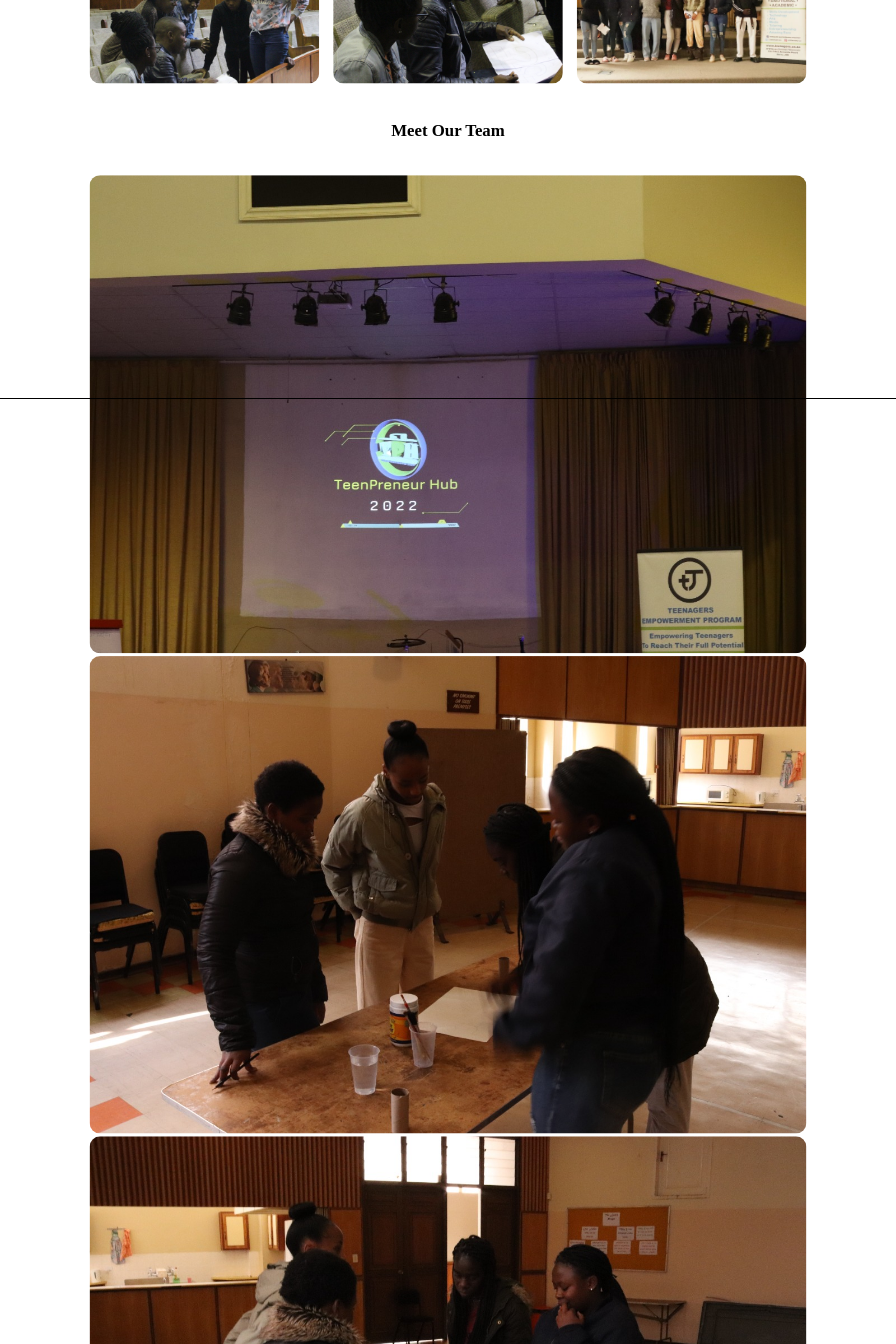
Repository: chadrackkyungu/4-BCT-TPH-Website
Page: index.html
The author's editor kept a copy of each file at every save. The page is drawn from the files as they stood at one save, then again after the next save.
The browser window is 1280 px wide. The pictures show the part of the page from y = 2336 to 4256 px (the page is 5201 px tall before and 3364 px after), at 70% of full size.

Above is the page before, as saved 2022-10-21 09:37:05.

### index.html
<!DOCTYPE html>
<html lang="en">

<head>
    <meta charset="UTF-8">
    <meta http-equiv="X-UA-Compatible" content="IE=edge">
    <meta name="viewport" content="width=device-width, initial-scale=1.0">
    <title> TPH LAB </title>
    <link rel="stylesheet" href="/src/css/style.css">
</head>

<body>

    <div class="navigation">
        <div class="logocontainer">
            <img class="image1" src="./src/images/logo.png" alt="">
        </div>

        <ul class="nav-link">
            <a href="#about">
                <li>About</li>
            </a>
            <a href="#product">
                <li>Our Product</li>
            </a>
            <a href="#contact">
                <li>Contact Us</li>
            </a>
        </ul>
    </div>

    <div class="section1">
        <h2 class="title"> TEEN PRENEUR HUB 2022</h2>

        <div class="image-container">
            <img src="./src/images/img-2.jpeg" alt="">
        </div>
    </div>

    <div class="section1">
        <a id="about">
            <h2 class="title"> About Us</h2>
        </a>

        <div class="aboutcontainer">
            <div class="image-container">
                <img src="./src/images/img-4.jpeg" alt="">
            </div>


            <div class="contentcontainer">
                <h2>The Teenpreneur Hub</h2>

                <p>The Teenpreneur Hub is a teenage-based organisation with students that are built by the future. We aim to impact lives while making money. We do this through skills based learning in the disciplines of Technology, where we learn to create
                    websites such as this one that was created by the students of the Technology Hub, Media where we learn about photography and produce quality photos such as the ones posted on this webpage as well as Arts where we learn to do Graphic
                    Designing of Business Logos such as our Teenpreneur Hub logo.</p>

                <h2>Q-Leds</h2>

                <p>Q-Leds is a teenage-based business that was started by the students of the TeenPreneur Hub as part of their Entrepreneurial learning. Q-Leds is a project that was started to solve the problem of load shedding that is currently plaguing
                    the country. Q-Leds is a light system that helps young people overcome the current load shedding problem by giving them a source of light to study at night. It also features a charging port and speakers as well as a holographic feature
                    which is our unique selling feature of the Q-Leds lighting system. It is built by the youth for the youth.
                </p>

            </div>

        </div>
    </div>

    <div class="section1">
        <a id="product">
            <h2 class="title">Our Product</h2>
        </a>


        <div class="productcontainer">
            <div class="prductimagecontainer">
                <img src="./src/images/img-4.jpeg" alt="">
            </div>
            <div class="prductimagecontainer">
                <img src="./src/images/img-5.jpeg" alt="">
            </div>
            <div class="prductimagecontainer">
                <img src="./src/images/img-6.jpeg" alt="">
            </div>
            <div class="prductimagecontainer">
                <img src="./src/images/img-7.jpeg" alt="">
            </div>
            <div class="prductimagecontainer">
                <img src="./src/images/img-8.jpeg" alt="">
            </div>
            <div class="prductimagecontainer">
                <img src="./src/images/img-9.jpeg" alt="">
            </div>

        </div>
    </div>


    <div class="section1">
        <a id="product">
            <h2 class="title">Meet Our Team</h2>
        </a>

        <div class="teamcontainer">
            <div class="prductimagecontainer">
                <img src="./src/images/img-4.jpeg" alt="">
            </div>
            <div class="prductimagecontainer">
                <img src="./src/images/img-5.jpeg" alt="">
            </div>
            <div class="prductimagecontainer">
                <img src="./src/images/img-6.jpeg" alt="">
            </div>
        </div>
    </div>

    <div class="section1">
        <a id="contact">
            <h2 class="title"> Contact Us</h2>
        </a>

        <div class="contactcontainer">
            <div class="contactcontent">
                <P>Address: 52 Fife Avenue, Berea, Johannesburg, 2198</P>
                <p>Contact us on: 063 397 3539</p>
                <p>Email us on: mashudu@teenagers.org.za</p>
                <p><a href="https://teenagers.org.za/" target=" "> Website: www.teenagers.org.za </a></p>
                <p>Facebook: Teenagers Empowerment Program</p>
                <p>Instagram: @teenagersza</p>
            </div>
        </div>
    </div>

    <div class="navigation">
        <ul class="nav-link">
            <a href="#about">
                <li>About</li>
            </a>
            <a href="#product">
                <li>Our Product</li>
            </a>
            <a href="#contact">
                <li>Contact Us</li>
            </a>
        </ul>
    </div>
</body>
<html>

### src/css/style.css
html,
body {
    box-sizing: 0;
    margin: 0;
    padding: 0;
}

p {
    line-height: 2em;
}


/* NAVBAR */

.navigation {
    background-color: #509e2e;
    display: flex;
    justify-content: space-around;
    align-items: center;
}

.image1 {
    width: 100px;
}

.nav-link {
    display: flex;
}

.nav-link li {
    list-style-type: none;
    padding: 5px;
    color: white;
}

.nav-link a {
    text-decoration: none !important;
}


/* SECTION 1 */

.section1 {
    width: 80%;
    margin: 0 auto;
}

img {
    border-radius: 15px;
}

.title {
    text-align: center;
    margin-bottom: 50px;
    margin-top: 50px;
}

.image-container {
    width: 100%;
    height: 100vh;
}

.image-container img {
    width: 100%;
    height: 65% !important;
}

.aboutcontainer {
    display: flex;
    justify-content: space-between;
    /* align-items: center; */
    /* border: 5px solid red; */
}

.aboutcontainer .image-container {
    margin-top: 5em;
}

.contentcontainer {
    margin-left: 60px;
    width: 100%;
    /* border: 5px solid #00ff2a; */
}

.productcontainer {
    display: grid;
    grid-template-columns: 1fr 1fr 1fr;
    gap: 20px;
}

.prductimagecontainer {
    width: 100%;
}

.prductimagecontainer img {
    width: 100%;
}

.contactcontainer {
    display: flex;
    justify-content: center;
    align-items: center;
    margin-bottom: 4em;
}

.contactcontent {
    margin: auto 0;
    text-align: center;
}

.logocontainer {
    width: 10%;
}

.logocontainer img {
    width: 50%;
    border-radius: 100%;
}

After the next save:
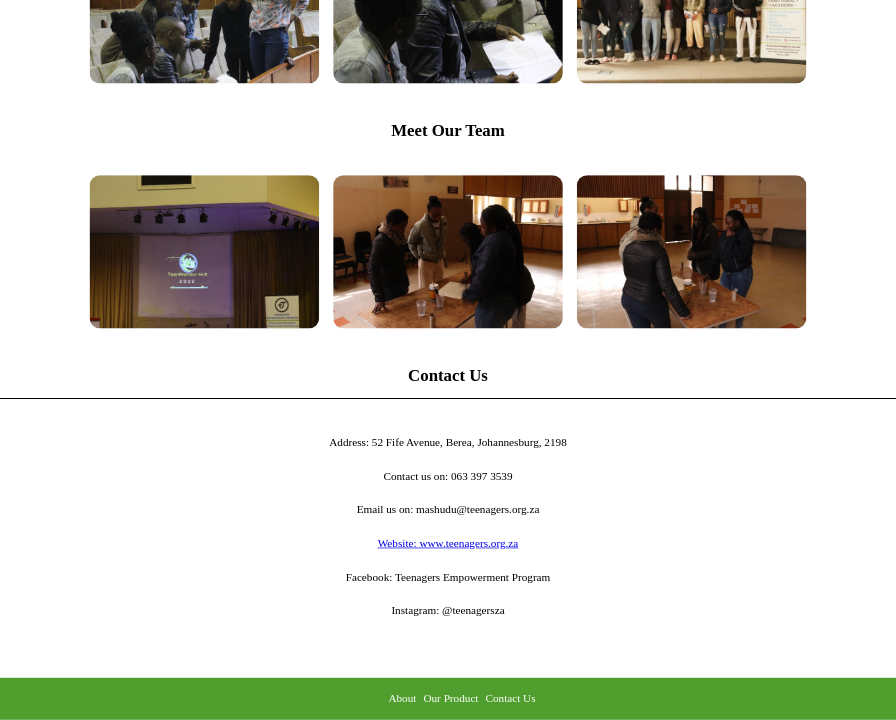
Saved 39 s later.
--- a/src/css/style.css
+++ b/src/css/style.css
@@ -88,6 +88,12 @@
     gap: 20px;
 }
 
+.teamcontainer {
+    display: grid;
+    grid-template-columns: 1fr 1fr 1fr;
+    gap: 20px;
+}
+
 .prductimagecontainer {
     width: 100%;
 }
